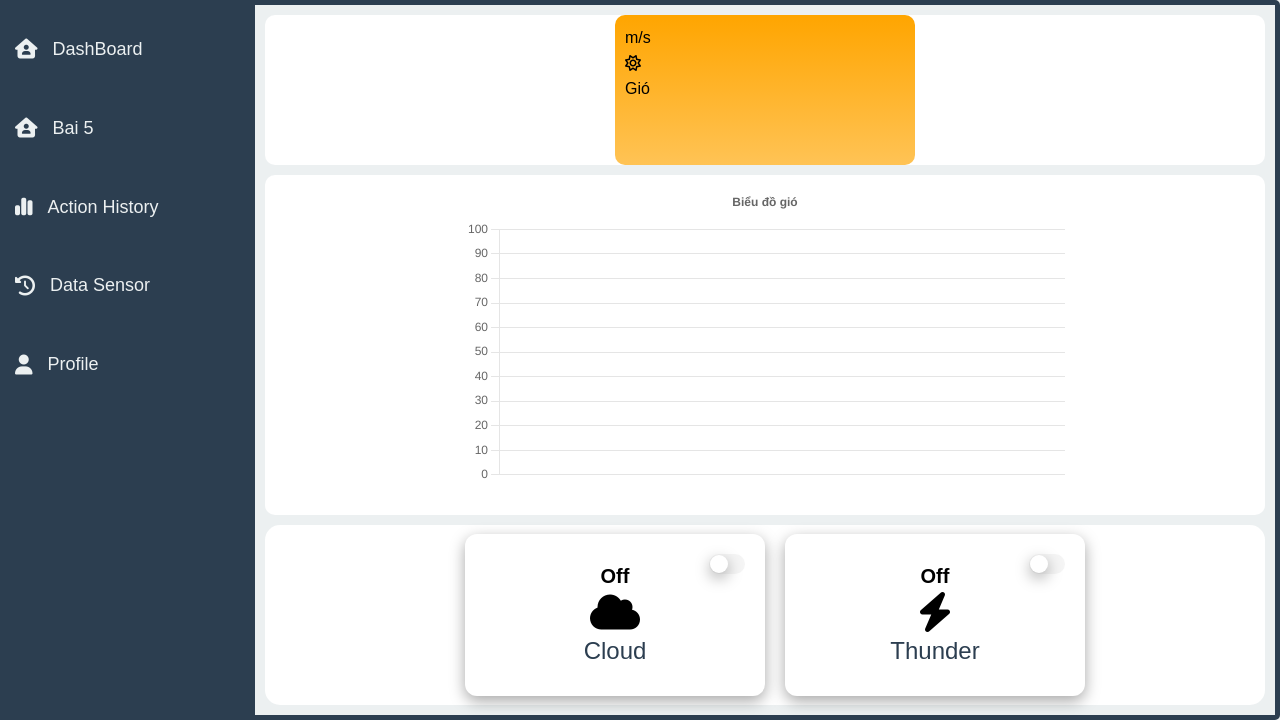
Repository: duongnoob23/duyyyy
Page: /bai5 (app in iot/)
An editor plug-in stored every save of this project. The page is shown before and after the next save, followed by the edit.
The browser window is 1280 px wide. The page is 1285 px wide, so the pictures cover 1285 px, including what lies to the right of the window. The pictures show the whole page.
The page's requests for data from a server got no answer. Some web libraries are served in a nearby version. The project was rebuilt for these pictures with package versions that can differ from the ones it lists, and the page was loaded fresh each time. No one was signed in, and anything a server would have sent is missing. Also part of the build but not shown: iot/src/App.css, iot/src/Components/Doughnut/GaugeChart.js, iot/src/Components/LineChart/LineChartECharts.js, iot/src/Pages/Home/Home.js, iot/src/Pages/DataLogs/DataLogs.js, iot/src/Pages/Profile/Profile.css, iot/src/Pages/Profile/Profile.js, iot/src/Pages/Action/Action.js and 1 more.

Above is the page before, as saved 2024-12-02 22:05:07.

### iot/public/index.html
<!DOCTYPE html>
<html lang="en">
  <head>
    <meta charset="utf-8" />
    <link rel="icon" href="%PUBLIC_URL%/favicon.ico" />
    <meta name="viewport" content="width=device-width, initial-scale=1" />
    <meta name="theme-color" content="#000000" />
    <meta
      name="description"
      content="Web site created using create-react-app"
    />
    <link rel="apple-touch-icon" href="%PUBLIC_URL%/logo192.png" />
    <!--
      manifest.json provides metadata used when your web app is installed on a
      user's mobile device or desktop. See https://developers.google.com/web/fundamentals/web-app-manifest/
    -->
    <link rel="manifest" href="%PUBLIC_URL%/manifest.json" />
    <!--
      Notice the use of %PUBLIC_URL% in the tags above.
      It will be replaced with the URL of the `public` folder during the build.
      Only files inside the `public` folder can be referenced from the HTML.

      Unlike "/favicon.ico" or "favicon.ico", "%PUBLIC_URL%/favicon.ico" will
      work correctly both with client-side routing and a non-root public URL.
      Learn how to configure a non-root public URL by running `npm run build`.
    -->
    <link rel="stylesheet" href="https://cdnjs.cloudflare.com/ajax/libs/font-awesome/6.6.0/css/all.min.css" integrity="sha512-Kc323vGBEqzTmouAECnVceyQqyqdsSiqLQISBL29aUW4U/M7pSPA/gEUZQqv1cwx4OnYxTxve5UMg5GT6L4JJg==" crossorigin="anonymous" referrerpolicy="no-referrer" />
    <title>React App</title>
    <script src="https://code.highcharts.com/highcharts.js"></script>
  </head>
  <body>
    <noscript>You need to enable JavaScript to run this app.</noscript>
    <div id="root"></div>
    <!--
      This HTML file is a template.
      If you open it directly in the browser, you will see an empty page.

      You can add webfonts, meta tags, or analytics to this file.
      The build step will place the bundled scripts into the <body> tag.

      To begin the development, run `npm start` or `yarn start`.
      To create a production bundle, use `npm run build` or `yarn build`.
    -->
  </body>
</html>

### iot/src/index.js
import React from 'react';
import { DatePicker } from 'antd';
import ReactDOM from 'react-dom/client';
import './index.css';
import App from './App';
import reportWebVitals from './reportWebVitals';
import { BrowserRouter } from 'react-router-dom';


const root = ReactDOM.createRoot(document.getElementById('root'));
root.render(
  // <React.StrictMode>
  <BrowserRouter>
    <App />
  </BrowserRouter>

  // </React.StrictMode>
);


reportWebVitals();

### iot/src/index.css
body {
  margin: 0;
  font-family: -apple-system, BlinkMacSystemFont, 'Segoe UI', 'Roboto', 'Oxygen',
    'Ubuntu', 'Cantarell', 'Fira Sans', 'Droid Sans', 'Helvetica Neue',
    sans-serif;
  -webkit-font-smoothing: antialiased;
  -moz-osx-font-smoothing: grayscale;
}

code {
  font-family: source-code-pro, Menlo, Monaco, Consolas, 'Courier New',
    monospace;
}

*{
  box-sizing: border-box;
  font-family: Arial, Helvetica, sans-serif;
}

html{
  font-size: 62.5%;
}

ul,li{
  list-style-type: none;
  margin: 0;
  padding:0;
}
a{
  text-decoration: none;
}

body{
  margin: 0;
  padding: 0;

}

### iot/src/App.js
// import logo from './logo.svg';
import './App.css';
import Layout from './Components/Layout/Layout';
import { Routes,Route} from 'react-router-dom';
import Home from './Pages/Home/Home';
import DataLogs from './Pages/DataLogs/DataLogs';
import Profile from './Pages/Profile/Profile';
import Action from './Pages/Action/Action';
import Bai5 from './Pages/Bai5/Bai5';
function App() {
  return (
    <>

      <Routes>
          <Route path="/" element = {<Layout/>}>
            <Route path='home' element={<Home/>}/>
            <Route path='bai5' element={<Bai5 />}/>
            <Route path='datalogs' element={<DataLogs/>}/>
            <Route path='profile' element={<Profile/>}/>
            <Route path='action' element={<Action/>}/>
          </Route>
      </Routes>
    </>
  );
}

export default App;

### iot/src/Pages/Bai5/Bai5.js


import LineChart from '../../Components/LineChart/LineChart';
import './Bai5.css'
import { useState,useEffect } from "react";

import { URL } from '../../Components/Helper/URL';
import LineChartFix from '../../Components/LineChart/LineChartFix';

function Bai5(){


    // const light1 =document.querySelector("device__light");
    const [turnOn3, setTurnOn3] = useState(JSON.parse(localStorage.getItem('turnOn3')) ? JSON.parse(localStorage.getItem('turnOn3')) : false );
    const [turnOn4, setTurnOn4] = useState(JSON.parse(localStorage.getItem('turnOn4')) ? JSON.parse(localStorage.getItem('turnOn4')) : false );

    // const [chartData, setChartData] = useState({ labels: [], datasets: [] });
    const [dataHome,setDataHome] = useState({
        windspeed:"",
    });
    // const handleDataUpdate = (newData) =>{
    //     setChartData(newData);
    // }
    useEffect(() => {
        localStorage.setItem('turnOn3', JSON.stringify(turnOn3));
        localStorage.setItem('turnOn4', JSON.stringify(turnOn4));
    }, [turnOn3,turnOn4]);

    const fetchPostApi = (numberTurnOn,device,turn) =>{
        const option = {
            stt: "",
            device: `${device}`,
            action: `${numberTurnOn === true ? "Off" : "On"}`,
            turn:`${turn}`,
            time: (() => {
                const now = new Date();
                const year = now.getFullYear();
                const month = String(now.getMonth() + 1).padStart(2, '0'); // Tháng từ 0-11
                const day = String(now.getDate()).padStart(2, '0');
                const hours = String(now.getHours()).padStart(2, '0');
                const minutes = String(now.getMinutes()).padStart(2, '0');
                const seconds = String(now.getSeconds()).padStart(2, '0');
                return `${year}-${month}-${day} ${hours}:${minutes}:${seconds}`;
            })(),
        };
         fetch(URL+`/putAction`,{
             method:"POST",
             headers:{
                 Accept:"application/json",
                 "Content-type":"application/json"
             },
             body:JSON.stringify(option),
         })
         .then( res => res.json())
         .then(data => {
             if(data){
                console.log(data);
             }
         })
    }



    // const handleWind = () => {
    //     setTurnOn(turnOn => !turnOn);
    //     fetchPostApi(turnOn,"wind","data/wind");
    // }

    const handleDataUpdate = (data) =>{
        setDataHome({
            ...dataHome,
            windspeed: data.windspeed,
         });
    }

    const handleTurnOnCloud = () => {
        setTurnOn3(!turnOn3);
    }

    const handleTurnOnThunder = () => {
        setTurnOn4(!turnOn4);
    }
     return(
        //
        <>
        <div class="main">
            <div className="section">
                <div className="section-two">
                    <div className="bai">
                        <div className="bai5">
                            <div className="bai5-item bai5-one" style={{ backgroundImage:`linear-gradient(to bottom, orange ,#ffc355 ` }}>
                                <div className="bai5-digit" >{dataHome.windspeed} m/s </div>
                                <i className="fa-regular fa-sun"></i>
                            <div className="windspeed">Gió</div>
                        </div>
                    </div>
                    </div>
                    <div className="chart">
                        <div style={{
                            padding: '0px',
                            marginBottom: "20px"
                            }}>
                            <LineChartFix onDataUpdate={handleDataUpdate} />
                        </div>
                    </div>

                    <div className="control">
                        <ul className="control-list ">
                            <li className="control-item">
                                <div className="control-box">
                                <input checked={turnOn3} type="checkbox" className="control-input" id="control-input1" />
                                <label htmlFor="control-input1" className="control-label" onClick={handleTurnOnCloud}></label>
                                    </div>


                                <div className="on-off">{turnOn3 ? "On" : "Off"}</div>
                                <i className={turnOn3 ? "fa-solid fa-cloud control-light show" : "fa-solid fa-cloud control-light"}></i>
                                     <div className="text">Cloud</div>
                            </li>
                            <li className="control-item">
                                <div className="control-box">
                                <input checked={turnOn4} type="checkbox" className="control-input" id="control-input1" />
                                <label htmlFor="control-input1" className="control-label" onClick={handleTurnOnThunder}></label>
                                    </div>


                                <div className="on-off">{turnOn4 ? "On" : "Off"}</div>
                                <i className={turnOn4 ? "fa-solid fa-bolt control-light show" : "fa-solid fa-bolt control-light"}></i>
                                     <div className="text">Thunder</div>
                            </li>
                        </ul>
                    </div>
                </div>

            </div>
        </div>
        </>
    )
};
export default Bai5;

### iot/src/Components/Layout/Layout.css


/* Reset default padding and margins */
* {
    margin: 0;
    padding: 0;
    box-sizing: border-box;
}

/* DashBoard container */
.dashBoard {
    display: flex;
    height : 100vh;
    font-family: 'Roboto', sans-serif;
}

/* SideBar styling */
.sideBar {
    width: 250px;
    background-color: #2c3e50;
    padding: 20px 0;
    position: fixed;
    height: 100%;
    transition: all 0.3s ease;
}

.sideBar-list {
    list-style: none;
    padding-left: 0;
}

.sideBar-item {
    margin-bottom: 20px;
}

.sideBar-icon {
    display: flex;
    align-items: center;
    padding: 15px;
    color: #ecf0f1;
    text-decoration: none;
    transition: background 0.3s ease, color 0.3s ease;
}

.sideBar-icon i {
    margin-right: 15px;
    font-size: 20px;
}

/* Hover effect for sidebar items */
.sideBar-icon:hover {
    background-color: #34495e;
    color: #1abc9c;
    cursor: pointer;
    padding-left: 25px; /* Add a slide effect */
    transition: all 0.3s ease;
}

.sideBar-text {
    font-size: 18px;
}

/* Active link effect */
.sideBar-icon.active {
    background-color: #1abc9c;
    color: #fff;
    border-radius: 8px;
    transition: all 0.3s ease;
}

/* SideMain styling */
.sideMain {
    margin-left: 250px;
    background-color: #ecf0f1;
    flex-grow: 1;
}

/* Responsive Design */
@media screen and (max-width: 768px) {
    .sideBar {
        width: 200px;
    }

    .sideBar-icon {
        padding: 10px;
    }

    .sideMain {
        margin-left: 200px;
        padding: 20px;
    }
}

@media screen and (max-width: 576px) {
    .sideBar {
        width: 60px;
    }

    .sideBar-icon i {
        margin-right: 0;
        text-align: center;
        flex: 1;
    }

    .sideBar-text {
        display: none;
    }

    .sideMain {
        margin-left: 60px;
        padding: 10px;
    }
}

### iot/src/Pages/Home/Home.css
/* General Styling */
.main {
    display: flex;
    flex-direction: column;
    height : 100%; /* Chiếm toàn bộ chiều cao của màn hình */

    box-sizing: border-box; /* Đảm bảo padding không làm thay đổi kích thước */
}

.section {
  width: 100%;
  height : 100%;
}



.section-one{
    width: 100%;
    height : 100%;
    display: flex;
    flex-direction: row;

}

.left{
  width: 75%;
}

.right{
  width: 25%;
}

.sensor{
    height: 30%;
}


.sensor-list {
    height: 100%;
    display: flex;
    list-style-type: none;
    padding: 0;
    margin: 0;
    justify-content: space-between; /* Rải đều các phần tử trong container */
    width: 100%; /* Chiếm toàn bộ chiều rộng của màn hình */
}

.sensor-item {
    flex: 1; /* Các phần tử sẽ tự động chiếm đều không gian */
    /* padding: 5px; */
    background-color: #ffffff;
    border-radius: 12px;
    box-shadow: 0 4px 12px rgba(0, 0, 0, 0.1);
    display: flex;
    flex-direction: column;
    align-items: center;
    text-align: center;
    margin: 10px;
    min-width: 50px; /* Đảm bảo các phần tử không quá nhỏ */
}
  .sensor-item .sensor-digit {
    font-size: 1.2em;
    font-weight: bold;
    margin-bottom: 5px;
    color: #333;
  }

  .sensor-item:nth-child(2){
    /* margin:10px 20px; */
  }

  .sensor-bar {
    width: 100%;
    height: 100px;
    background-color: #e0e0e0;
    border-radius: 8px;
    position: relative;
    overflow: hidden;
    margin: 10px 0;
  }

  .sensor-fill {
    position: absolute;
    bottom: 0;
    width: 100%;
    border-radius: 8px;
  }

  .sensor-item.light .sensor-fill {
    background-color: #ffb74d; /* Soft orange for light */
  }

  .sensor-item.temperature .sensor-fill {
    background-color: #ef5350; /* Soft red for temperature */
  }

  .sensor-item.humidity .sensor-fill {
    background-color: #42a5f5; /* Soft blue for humidity */
  }

  .label {
    font-size: 0.9em;
    font-weight: 600;
    color: #777;
  }
  /* Chart Section */
  .chart {
    height: 70%;
    width: 100%;
    /* margin-top: 20px; */
    /* margin: 15px; */
    padding: 0;
  }
.styleChart{
  aspect-ratio: 7/3;
}
  /* Electric Section */
  .electric {
    width: 100%;
    margin-top: 5px;
  }

  .electric-list {
    list-style: none;
    padding: 0;
    margin: 0;
    display: flex;
    flex-direction: column;
    justify-content: space-around;
    gap: 15px;
  }

  .electric-item {
    /* flex: 1; */
    text-align: center;
    padding: 20px;
    background-color: #f9f9f9;
    border-radius: 10px;
    box-shadow: 0px 4px 10px rgba(0, 0, 0, 0.1);
    transition: transform 0.3s ease, box-shadow 0.3s ease;
    width: 300px;
  }




  .electric-box {
    position: relative;
    margin-bottom: 10px;
  }

  .electric-input {
    display: none;
  }

  .electric-label {
    display: block;
    width: 60px;
    height: 30px;
    background-color: #ddd;
    border-radius: 15px;
    position: relative;
    cursor: pointer;
    transition: background-color 0.3s;
  }



  .electric-input:checked + .electric-label {
    background-color: #4caf50;
  }

  .electric-input:checked + .electric-label:before {
    left: 31px;
  }

  .on-off {
    font-weight: bold;
    margin-top: 8px;
    font-size: 16px;
  }

  .electric-item i {
    font-size: 36px;
    color: #4caf50;
  }

  .electric-item .light-icon,
  .electric-item .temp-icon,
  .electric-item .air-icon {
    color: #aaa;
  }

/* css button  */

### iot/src/Components/Helper/URL.js
export const URL = "http://localhost:3001";

### iot/src/Pages/DataLogs/DataLogs.css
*{
    box-sizing: border-box;
}
.table {
    width: 90%;
    border-collapse: collapse;
    margin: 10px;
    border-radius:10px;
    overflow: hidden;
}

.data{
    border:5px solid #2c3e50;
    border-radius: 0 5px 5px 0;
    height: 100%;
}

.table__body{
    border-radius: 10px;
    border: 2px solid #2c3e50;
}

.table__head{
    border: 2px solid #2c3e50;
}
th, td {
    padding: 10px;
    text-align: center;
    border-bottom: 1px solid #ddd;
}
th {
    background-color: #2c3e50;
    color: white;
}

.table-row__body{
    transition: all 0.1s linear;

}
.table-row__body:nth-child(even){
    background-color: #eee;

}
.table-row__body:hover{
    background-color: #2c3e50;
    color: #F4C427;

}

.table-row__body:active{
    background-color: #2c3e50;
    color: #F4C427;
}
.data__title{
    margin-left: 10px;
    font-size: 20px;
    font-weight: bold;
}

.data__sort{
    margin-left: 10px;
    font-size: 15px;
    font-weight: bold;
    margin-bottom: 10px;

}

.data__in{
    border-radius: 10px;
    border: 2px solid #7A40F2;
    margin: 10px;
}

### iot/src/Pages/Action/Action.css
* {
    box-sizing: border-box;
    font-family: 'Arial', sans-serif; /* Change this to your preferred font */
    font-size: 16px; /* Default font size */
    line-height: 1.6; /* Controls line spacing */
}


.action {
    border: 5px solid #2c3e50;
    border-radius: 0 5px 5px 0;
    height: 100vh; /* Full viewport height */
    display: flex;
    flex-direction: column;
    justify-content: space-between; /* Distribute space evenly */
}

.action-title {
    margin-left: 10px;
    font-size: 24px;
    font-weight: bold;
    margin-bottom: 20px;
}

.option {
    display: flex;
    align-items: center;
    margin-bottom: 20px;
}

.search {
    margin-left: 20px;
    display: flex;
    align-items: center;
}

.search__input {
    padding: 8px 15px;
    border-radius: 8px;
    outline: none;
    border: 1px solid #2c3e50;
    margin-right: 5px;
    font-size: 16px;
}

.search__icon {
    cursor: pointer;
    font-size: 20px;
    color: #2c3e50;
}

.select, .select2 {
    margin-left: auto;
    padding: 0 10px;
}

.select__list {
    padding: 8px 12px;
    border-radius: 8px;
    border: 1px solid #2c3e50;
    outline: none;
    font-size: 16px;
}

/* Table container to control overflow */
.table__container {
    flex-grow: 1;
    overflow-y: auto;
    border-radius: 10px;
    margin: 0 20px;
    padding-bottom: 20px;
}

.table {
    width: 100%;
    border-collapse: collapse;
}

.table__head {
    background-color: #2c3e50;
    color: white;
    border-radius: 10px 10px 0 0;
}

.table-row__head th, .table-row__body td {
    padding: 10px;
    text-align: center;
}

.table-row__body:nth-child(even) {
    background-color: #f7f7f7;
}

.table-row__body:hover {
    background-color: #2c3e50;
    color: #F4C427;
}

/* Maintain height to ensure 10 rows fill the page */
.table-row__body {
    height: 40px; /* Adjust this based on design preferences */
    transition: background-color 0.3s;
}

.table__body {
    border-radius: 0 0 10px 10px;
}

.pagination {
    margin-right: 20px;
    padding: 10px 0;
    text-align: right;
}

.pagi__list {
    display: flex;
    justify-content: flex-end;
    align-items: center;
    font-size: 16px;
}

.pagi__item {
    margin: 0 5px;
    cursor: pointer;
    padding: 5px 10px;
    border: 1px solid #3498db;
    border-radius: 5px;
    transition: background-color 0.3s;
}

.pagi__next, .pagi__pre {
    color: #3498db;
}

.pagi__cur {
    font-weight: bold;
    color: #fff;
    background-color: #15181b;
    border-radius: 5px;
    padding: 5px 10px;
}

/* Ensure last row visibility */
.table__container::-webkit-scrollbar {
    width: 6px;
}

.table__container::-webkit-scrollbar-thumb {
    background-color: #121518;
    border-radius: 10px;
}

### iot/src/Pages/Bai5/Bai5.css
.main{
    width: 100%;
    padding:10px;
    height: 100%;
    border:5px solid #2c3e50;
    border-radius: 0 5px 5px 0;
}


.section{
}

.section .section-two{
    height: 100%;
    width: 100%;
    display: flex;
    flex-direction: column;
}



.control{
    background-color: white;
    border-radius: 15px;
}

.control-list{
    display: flex;
    justify-content: center;
    align-items: center;
    margin-left: -20px;
    height: 100%;
}

.control-item{
    width: 80%;
    height: calc(100% / 3 - 10px);
    margin-left: 20px;
    border-radius: 10px;
    padding: 10px;
    box-shadow: rgba(0, 0, 0, 0.35) 0px 5px 15px;
    color:#2c3e50;
    display: flex;
    flex-direction: column;
    justify-content: space-between;
    font-size: 15px;
    transition: all 0.25s linear;
    position: relative;
}



.control-item i{
    font-size: 40px;
}

.control-item .on-off{
    font-size: 20px;
    color: black;
    margin-top: 0;
}

.control-item:hover .on-off{
}

.control-input{
    display: none;
}

.control-input:checked + .control-label{
    background-color: #2c3e50;
    box-shadow: white 0px 5px 15px;
}

.control-input:checked + .control-label:after{
    background-color: white;
    transform: translateX(17px);
}
.control-input:checked .temperature{
    color: #2c3e50;
}


.control-label{
    position: absolute;
    top:20px;
    right: 20px;
    width: 36px;
    height: 20px;
    border-radius: 20px;
    background-color: #F5F5F5;
    transition: all 0.25s linear;
    cursor: pointer;
}

.control-label:after{
    cursor: pointer;
    content: "";
    position:  absolute;
    top:1px;
    left: 1px;
    width: 18px;
    height: 18px;
    border-radius: 50%;
    background-color: white;
    transition: all 0.25s linear;
    box-shadow: rgba(0, 0, 0, 0.35) 0px 5px 15px;
}

.control-item .control-light{
    display: inline-block;
    font-size: 40px;
    color: black;
    transition: all 0.4s linear;
    display: flex;
    justify-content: center;
    align-items: center;
}
.control-item .control-light.show{
    color: yellow;
    filter: drop-shadow(0 0 10px rgba(255, 255, 0, 0.8)) drop-shadow(0 0 20px rgba(255, 255, 0, 0.642));
}

.control-item .control-air{
    display: flex;
    justify-content: center;
    align-items: center;
    color:black;
}

.control-item .control-air.show{
    content: "";
    animation:spin 2s linear infinite;
    color:#3acbe9;
    transition: all 0.4s linear;
}

.control-item .control-temperature{
    display: flex;
    justify-content: center;
    align-items: center;
    color:black;
}

.control-item .control-temperature.show{
    background-image: linear-gradient(to top,red,yellow);
    color:transparent;
    background-clip: text;
    transition: all 0.4s linear;
}

@keyframes spin {
    to{
        transform: rotate(720deg);
    }
  }

.meter{
    background-color: white;
    padding:10px;
    border-radius: 15px;
    margin-bottom: 5px;
}

.meter-list{
    display: flex;
    justify-content: center;
    align-items: center;
    margin-left: -20px;
}

.meter-item{
    width: calc(100% / 3 - 20px);
    height: 120px;
    margin-left: 20px;
    border-radius: 10px;
    padding: 10px;
    box-shadow: rgba(0, 0, 0, 0.35) 0px 5px 15px;
    color:black;
    display: flex;
    flex-direction: column;
    justify-content: space-between;
    font-size: 18px;
    transition: all 0.25s linear;
    position: relative;
}
.meter-item:first-child{
    background-color: #f4c427;
    }



.meter-item:last-child{
    background-color: #3acbe9;
}

.meter-item:nth-child(2){
    background-color: #FF9060;
}

.meter-digit
{
    text-align: start;
    font-size: 24px;
    font-weight: white;
}

.chart{
    width: 100%;
    height: 50%;
    border-radius: 10px;
    background-color: white;
    padding:10px;
    margin-bottom: 10px;
    ;
}



.blink {
    background-color: yellow;
    /* animation: blink 1s infinite; */
    color:black;
  }

  @keyframes blink {
    0%, 100% {
      background-color: yellow;
      color:white;
    }
    50% {
      background-color: transparent;
    }
  }

.bai{
    width: 100%;
    height: 25%;
    background-color: white;
    margin-bottom: 10px;
    border-radius: 10px;
    overflow: hidden;
}
.bai5{
    background-color: white;
    margin: 0 auto;
    width: 300px;
    height: 100%;
    border-radius: 10px;
    overflow: hidden;
}

.bai5 .bai5-item{
    padding: 10px;
    height: 100%;
}
.control{
    width: 100%;
    height: 30%;
}

.control-list{
    height: 100%;
    display: flex;
    justify-content: center;
    align-items: center;
    margin-right: -20px;
}

.control-item{
    margin-left: 20px;
    width: 300px;
    height: 90%;
    padding: 10px;
    border-radius: 12px;
    font-size: 32px;
    display: flex;
    justify-content: center;
    align-items: center;
    flex-direction: column;
}

.control-item .text{
    font-size: 24px;
}

.control-item i{
    font-size: 24px;
}

Loaded but not shown: iot/src/reportWebVitals.js (common file); iot/src/Components/LineChart/LineChartFix.js (105 lines, source omitted); iot/src/Components/Layout/Layout.js (61 lines, source omitted)

After the next save:
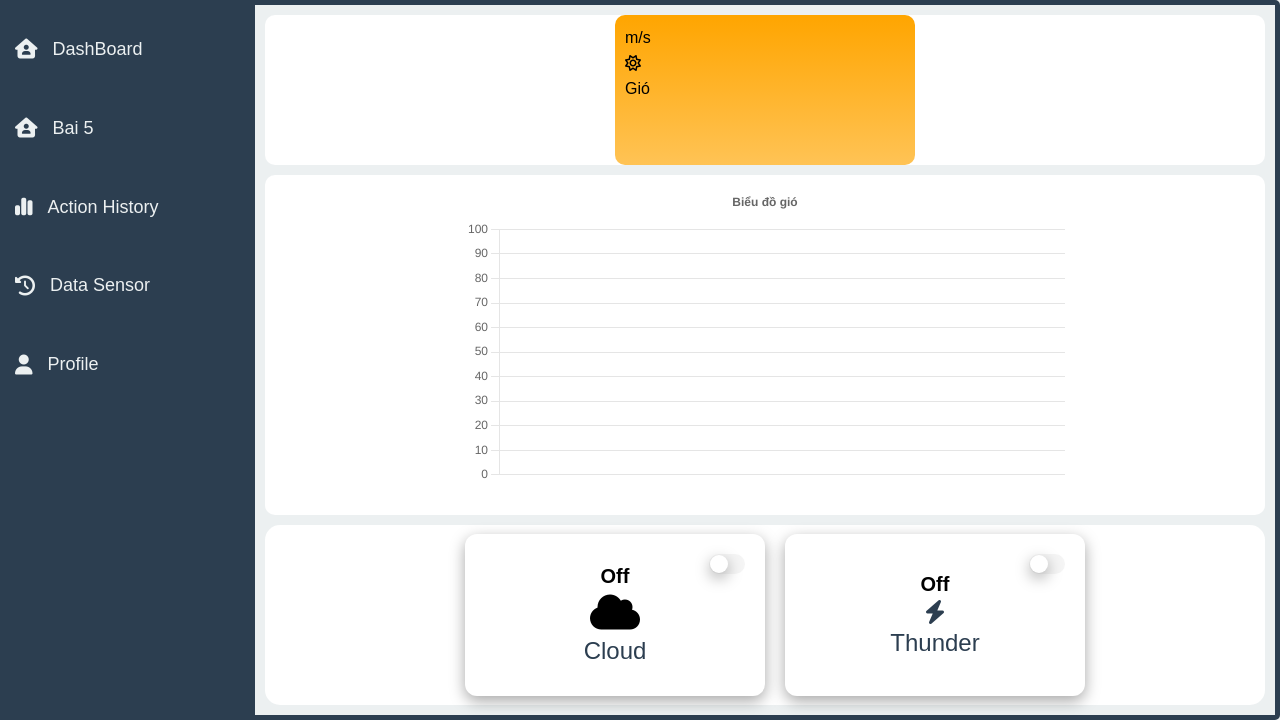
Saved 15 s later.
--- a/iot/src/Pages/Bai5/Bai5.js
+++ b/iot/src/Pages/Bai5/Bai5.js
@@ -125,7 +125,7 @@ function Bai5(){
 
 
                                 <div className="on-off">{turnOn4 ? "On" : "Off"}</div>
-                                <i className={turnOn4 ? "fa-solid fa-bolt control-light show" : "fa-solid fa-bolt control-light"}></i>
+                                <i className={turnOn4 ? "fa-solid fa-bolt control-thunder show" : "fa-solid fa-bolt control-thunder"}></i>
                                      <div className="text">Thunder</div>
                             </li>
                         </ul>
